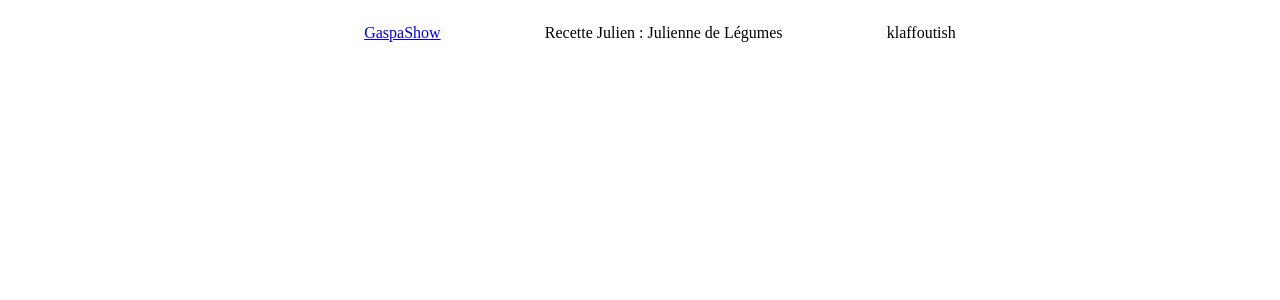
Repository: klevish/marmitonade.github.io
Page: index.html
The author's editor kept a copy of each file at every save. The page is drawn from the files as they stood at one save, then again after a run of saves.
The browser window is 1280 px wide. The pictures show the whole page.

Above is the page before, as saved 2022-06-13 16:54:48.

### index.html
<!DOCTYPE html>
<html lang="en">

<head>
    <meta charset="UTF-8">
    <meta http-equiv="X-UA-Compatible" content="IE=edge">
    <meta name="viewport" content="width=device-width, initial-scale=1.0">
    <link rel="stylesheet" href="style.css">
    <title>marmitonade.com</title>
</head>

<body>
    <nav>
        <ul>
            <li><a href="gaspacho.html">GaspaShow</a></li>
            <li href="julienne_de_legumes.html">Recette Julien : Julienne de Légumes</li>
            <li href="klaffoutish.html">klaffoutish</li>
        </ul>
    </nav>


</body>

</html>

### style.css
body {
    margin-left: 20px;
    margin-right: 20px;
}
section img{
    width: 300px;
    height: 300px;
}
nav{
    display: flex;
    justify-content: center;

    height: 150px;

}
nav ul{
    display: inline-flex;
    justify-content: space-evenly;
    width: 800px;
}
ul {
    list-style-type: none;
}

After the next 5 saves:
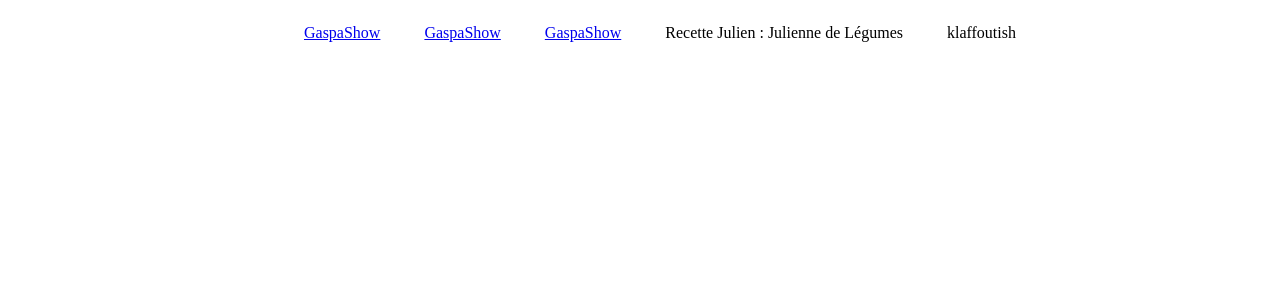
The 5 saves are shown as one change because they came seconds apart.
The last was saved 20 s later.
--- a/index.html
+++ b/index.html
@@ -13,8 +13,10 @@
     <nav>
         <ul>
             <li><a href="gaspacho.html">GaspaShow</a></li>
-            <li href="julienne_de_legumes.html">Recette Julien : Julienne de Légumes</li>
-            <li href="klaffoutish.html">klaffoutish</li>
+            <li><a href="julienne_de_legumes.html">GaspaShow</a></li>
+            <li><a href="klaffoutish.html">GaspaShow</a></li>
+            <li href="">Recette Julien : Julienne de Légumes</li>
+            <li href="">klaffoutish</li>
         </ul>
     </nav>
 
